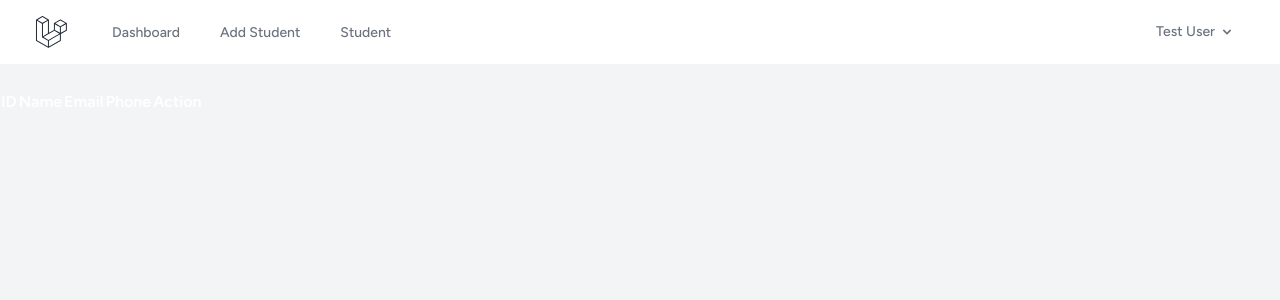
Repository: rkrukshan/CRUD-with-Laravel-V.10-Breeze
Page: http://localhost/students
The author's editor kept a copy of each file at every save. The page is drawn from the files as they stood at one save, then again after the next save.
The browser window is 1280 px wide. The pictures show the whole page.
The page is served by the project's Laravel application, run on PHP 8.4 with Laravel 10. A made-up administrator, Test User (test@example.com), is signed in. Other server files are loaded and not shown. Style sheets and scripts are compiled from the project's sources, by tool versions that may differ from the author's. Queries for data that is not in the repository find no rows.

Above is the page before, as saved 2023-11-15 10:48:41.

### app/Providers/AppServiceProvider.php
<?php

namespace App\Providers;

use Illuminate\Support\Facades\Schema;
use Illuminate\Support\ServiceProvider;

class AppServiceProvider extends ServiceProvider
{
    /**
     * Register any application services.
     */
    public function register(): void
    {
        //
    }

    /**
     * Bootstrap any application services.
     */
    public function boot(): void
    {
        Schema::defaultStringLength('191');
    }
}

### routes/web.php
<?php

use App\Http\Controllers\ProfileController;
use App\Http\Controllers\StudentController;
use Illuminate\Support\Facades\Route;

/*
|--------------------------------------------------------------------------
| Web Routes
|--------------------------------------------------------------------------
|
| Here is where you can register web routes for your application. These
| routes are loaded by the RouteServiceProvider and all of them will
| be assigned to the "web" middleware group. Make something great!
|
*/

Route::get('/', function () {
    return view('welcome');
});

Route::get('/dashboard', function () {
    return view('dashboard');
})->middleware(['auth', 'verified'])->name('dashboard');

Route::middleware('auth')->group(function () {
    Route::get('/profile', [ProfileController::class, 'edit'])->name('profile.edit');
    Route::patch('/profile', [ProfileController::class, 'update'])->name('profile.update');
    Route::delete('/profile', [ProfileController::class, 'destroy'])->name('profile.destroy');
});

require __DIR__.'/auth.php';


Route::controller(StudentController::class)->group(function () {
    Route::get('/add-student', 'create');
    Route::post('/add-student', 'store');
    Route::get('/students', 'index');
});

### app/Http/Controllers/StudentController.php
<?php

namespace App\Http\Controllers;

use App\Models\Student;
use Illuminate\Http\Request;
use App\Http\Requests\StudentFormRequest;

class StudentController extends Controller
{
    /**
     * Display a listing of the resource.
     */
    public function index()
    {
        $records = Student::all();
        return view('student.index',compact('records'));
    }

    /**
     * Show the form for creating a new resource.
     */
    public function create()
    {
        return view('student.create');
    }

    /**
     * Store a newly created resource in storage.
     */
    public function store(StudentFormRequest $request)
    {
        $data=$request->validated();
        $student=Student::create($data);
        return redirect('/add-student')->with('message','Saved Successfully');
    }

    /**
     * Display the specified resource.
     */
    public function show(string $id)
    {
        //
    }

    /**
     * Show the form for editing the specified resource.
     */
    public function edit(string $id)
    {
        //
    }

    /**
     * Update the specified resource in storage.
     */
    public function update(Request $request, string $id)
    {
        //
    }

    /**
     * Remove the specified resource from storage.
     */
    public function destroy(string $id)
    {
        //
    }
}

### app/Models/Student.php
<?php

namespace App\Models;

use Illuminate\Database\Eloquent\Factories\HasFactory;
use Illuminate\Database\Eloquent\Model;

class Student extends Model
{
    use HasFactory;


    protected $fillable=['name','email','phone'];
}

### resources/views/student/index.blade.php
<x-app-layout>
<br>
<table class="hover:table-fixed">
    <tr>
        <th class="text-white">ID</th>
        <th class="text-white">Name</th>
        <th class="text-white">Email</th>
        <th class="text-white">Phone</th>
        <th class="text-white">Action</th>
    </tr>
    <tbody>
           @foreach($records as $record)
           <tr>
           <td class="text-white">{{ $record->id }}</td>
            <td class="text-white">{{ $record->name }}</td>
            <td class="text-white">{{ $record->email }}</td>
            <td class="text-white">{{ $record->phone }}</td>
            <td class="text-white"><button class="underline text-sm text-gray-600 dark:text-gray-400 hover:text-gray-900 dark:hover:text-gray-100 rounded-md focus:outline-none focus:ring-2 focus:ring-offset-2 focus:ring-indigo-500 dark:focus:ring-offset-gray-800">Edit</button></td>
            <td class="text-white"><button class="underline text-sm text-gray-600 dark:text-gray-400 hover:text-gray-900 dark:hover:text-gray-100 rounded-md focus:outline-none focus:ring-2 focus:ring-offset-2 focus:ring-indigo-500 dark:focus:ring-offset-gray-800">Delete</button></td>
        </tr>
           @endforeach

    </tbody>
</table>


<br>


</form>
</div>
</div>
</div>
</div>
</x-app-layout>

### resources/views/layouts/navigation.blade.php
<nav x-data="{ open: false }" class="bg-white dark:bg-gray-800 border-b border-gray-100 dark:border-gray-700">
    <!-- Primary Navigation Menu -->
    <div class="max-w-7xl mx-auto px-4 sm:px-6 lg:px-8">
        <div class="flex justify-between h-16">
            <div class="flex">
                <!-- Logo -->
                <div class="shrink-0 flex items-center">
                    <a href="{{ route('dashboard') }}">
                        <x-application-logo class="block h-9 w-auto fill-current text-gray-800 dark:text-gray-200" />
                    </a>
                </div>

                <!-- Navigation Links -->
                <div class="hidden space-x-8 sm:-my-px sm:ms-10 sm:flex">
                    <x-nav-link :href="route('dashboard')" :active="request()->routeIs('dashboard')">
                        {{ __('Dashboard') }}
                    </x-nav-link>


                    <x-nav-link :href="url('add-student')" :active="request()->routeIs('dashboard')">
                        {{ __('Add Student') }}
                    </x-nav-link>


                    <x-nav-link :href="url('students')" :active="request()->routeIs('dashboard')">
                        {{ __('Student') }}
                    </x-nav-link>


                    {{--  <x-nav-link :href="route('dashboard')" :active="request()->routeIs('dashboard')">
                        {{ __('Dashboard') }}
                    </x-nav-link>  --}}
                </div>
            </div>

            <!-- Settings Dropdown -->
            <div class="hidden sm:flex sm:items-center sm:ms-6">
                <x-dropdown align="right" width="48">
                    <x-slot name="trigger">
                        <button class="inline-flex items-center px-3 py-2 border border-transparent text-sm leading-4 font-medium rounded-md text-gray-500 dark:text-gray-400 bg-white dark:bg-gray-800 hover:text-gray-700 dark:hover:text-gray-300 focus:outline-none transition ease-in-out duration-150">
                            <div>{{ Auth::user()->name }}</div>

                            <div class="ms-1">
                                <svg class="fill-current h-4 w-4" xmlns="http://www.w3.org/2000/svg" viewBox="0 0 20 20">
                                    <path fill-rule="evenodd" d="M5.293 7.293a1 1 0 011.414 0L10 10.586l3.293-3.293a1 1 0 111.414 1.414l-4 4a1 1 0 01-1.414 0l-4-4a1 1 0 010-1.414z" clip-rule="evenodd" />
                                </svg>
                            </div>
                        </button>
                    </x-slot>

                    <x-slot name="content">
                        <x-dropdown-link :href="route('profile.edit')">
                            {{ __('Profile') }}
                        </x-dropdown-link>

                        <!-- Authentication -->
                        <form method="POST" action="{{ route('logout') }}">
                            @csrf

                            <x-dropdown-link :href="route('logout')"
                                    onclick="event.preventDefault();
                                                this.closest('form').submit();">
                                {{ __('Log Out') }}
                            </x-dropdown-link>
                        </form>
                    </x-slot>
                </x-dropdown>
            </div>

            <!-- Hamburger -->
            <div class="-me-2 flex items-center sm:hidden">
                <button @click="open = ! open" class="inline-flex items-center justify-center p-2 rounded-md text-gray-400 dark:text-gray-500 hover:text-gray-500 dark:hover:text-gray-400 hover:bg-gray-100 dark:hover:bg-gray-900 focus:outline-none focus:bg-gray-100 dark:focus:bg-gray-900 focus:text-gray-500 dark:focus:text-gray-400 transition duration-150 ease-in-out">
                    <svg class="h-6 w-6" stroke="currentColor" fill="none" viewBox="0 0 24 24">
                        <path :class="{'hidden': open, 'inline-flex': ! open }" class="inline-flex" stroke-linecap="round" stroke-linejoin="round" stroke-width="2" d="M4 6h16M4 12h16M4 18h16" />
                        <path :class="{'hidden': ! open, 'inline-flex': open }" class="hidden" stroke-linecap="round" stroke-linejoin="round" stroke-width="2" d="M6 18L18 6M6 6l12 12" />
                    </svg>
                </button>
            </div>
        </div>
    </div>

    <!-- Responsive Navigation Menu -->
    <div :class="{'block': open, 'hidden': ! open}" class="hidden sm:hidden">
        <div class="pt-2 pb-3 space-y-1">
            <x-responsive-nav-link :href="route('dashboard')" :active="request()->routeIs('dashboard')">
                {{ __('Dashboard') }}
            </x-responsive-nav-link>
        </div>

        <!-- Responsive Settings Options -->
        <div class="pt-4 pb-1 border-t border-gray-200 dark:border-gray-600">
            <div class="px-4">
                <div class="font-medium text-base text-gray-800 dark:text-gray-200">{{ Auth::user()->name }}</div>
                <div class="font-medium text-sm text-gray-500">{{ Auth::user()->email }}</div>
            </div>

            <div class="mt-3 space-y-1">
                <x-responsive-nav-link :href="route('profile.edit')">
                    {{ __('Profile') }}
                </x-responsive-nav-link>

                <!-- Authentication -->
                <form method="POST" action="{{ route('logout') }}">
                    @csrf

                    <x-responsive-nav-link :href="route('logout')"
                            onclick="event.preventDefault();
                                        this.closest('form').submit();">
                        {{ __('Log Out') }}
                    </x-responsive-nav-link>
                </form>
            </div>
        </div>
    </div>
</nav>

Loaded but not shown: routes/auth.php (common file); app/Http/Controllers/Auth/EmailVerificationPromptController.php (common file); app/Http/Controllers/Controller.php (common file); app/Http/Controllers/Auth/VerifyEmailController.php (common file); app/Models/User.php (common file); app/View/Components/AppLayout.php (common file); resources/views/layouts/app.blade.php (common file); resources/views/components/application-logo.blade.php (common file); resources/views/components/nav-link.blade.php (common file); resources/views/components/dropdown-link.blade.php (common file); resources/views/components/dropdown.blade.php (common file); resources/views/components/responsive-nav-link.blade.php (common file); resources/css/app.css (common file); tailwind.config.js (common file); resources/js/app.js (common file); resources/js/bootstrap.js (common file); resources/views/components/success-status.blade.php (common file)

After the next save:
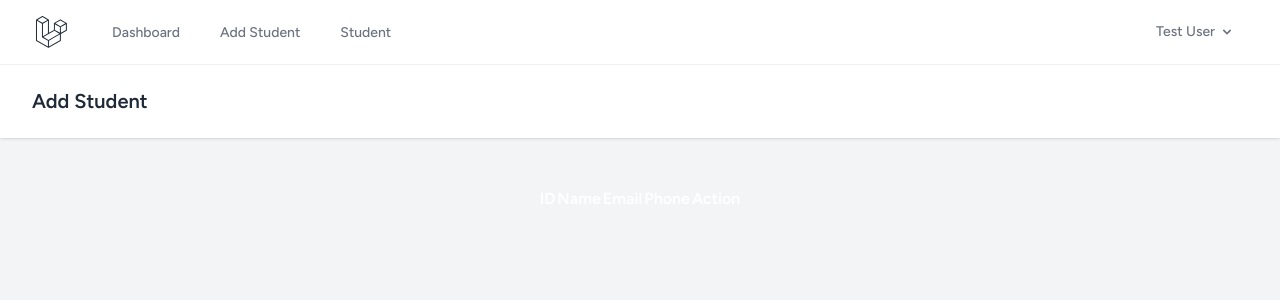
Saved 109 s later.
--- a/resources/views/student/index.blade.php
+++ b/resources/views/student/index.blade.php
@@ -1,5 +1,13 @@
 <x-app-layout>
-<br>
+    <x-slot name="header">
+        <h2 class="font-semibold text-xl text-gray-800 dark:text-gray-200 leading-tight">
+            {{ __('Add Student') }}
+        </h2>
+    </x-slot>
+
+    <div class="py-12">
+    <center>
+        <x-success-status class="mb-4" :status="session('message')" />
 <table class="hover:table-fixed">
     <tr>
         <th class="text-white">ID</th>
